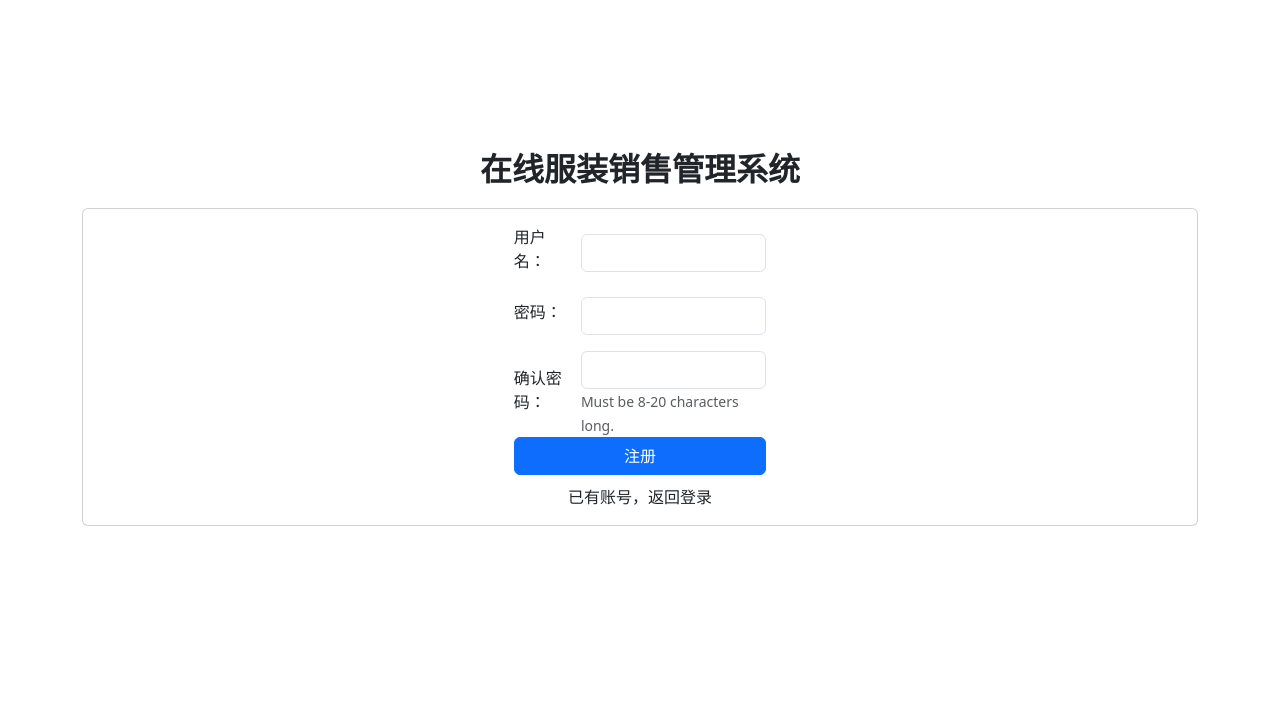
Repository: squawktop/CFS
Page: /user/register (app in web/)
The author's editor kept a copy of each file at every save. The page is drawn from the files as they stood at one save, then again after the next save.
The browser window is 1280 px wide. The pictures show the whole page.
The project was rebuilt for these pictures with package versions that can differ from the ones it lists, and the page was loaded fresh each time. Also part of the build but not shown: web/vue.config.js, web/src/views/LoginView.vue, web/src/components/NavBar.vue, web/src/views/HomeView.vue, web/src/views/UsersManageView.vue, web/src/views/PersonalCenterView.vue, web/src/views/GoodsManageView.vue, web/src/views/OrdersManageView.vue and 1 more.

Above is the page before, as saved 2024-03-23 18:32:56.

After the next save:
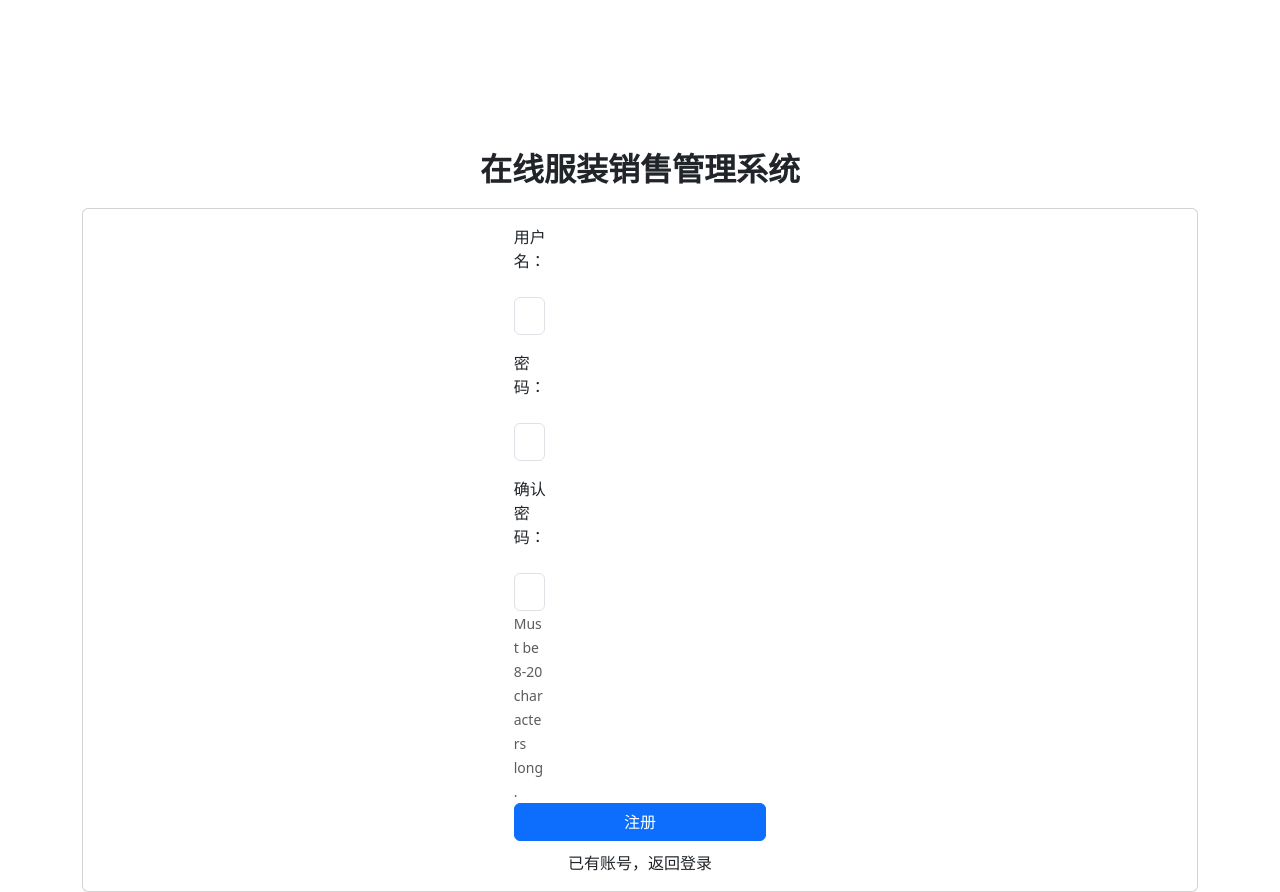
Saved 22 s later.
--- a/web/src/views/RegisterView.vue
+++ b/web/src/views/RegisterView.vue
@@ -24,7 +24,7 @@
                         <button type="submit" class="btn btn-primary">注册</button>
                         <div class="tip" @click="loginview">已有账号，返回登录</div> -->
 
-                        <div class="row g-3 align-items-center">
+                        <div class="row col-3 g-3 align-items-center">
                             <div class="col-sm-3">
                                 <label for="username" class="form-label">用户名：</label>
                             </div>
